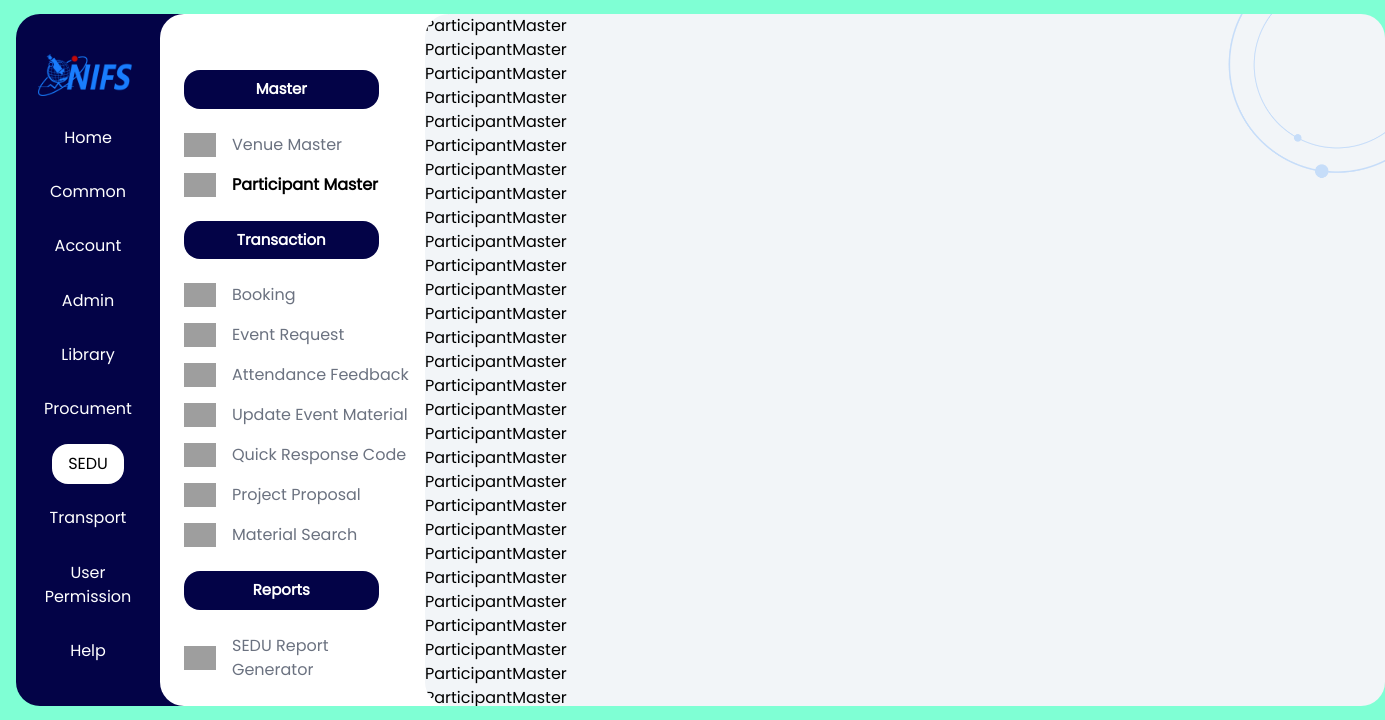
Repository: virangaj/NIFS-WebApp
Page: /sedu/participant-master (app in client/)
These files come from the project's save history. The page is drawn as it stood at one moment and after the next save; the edit follows.
The browser window is 1280 px wide. The page is 1385 px wide, so the pictures cover 1385 px, including what lies to the right of the window. The pictures show the whole page.
Pictures or frames that could not be fetched are drawn as grey boxes. The project was rebuilt for these pictures with package versions that can differ from the ones it lists, and the page was loaded fresh each time. Also part of the build but not shown: client/src/pages/Login.tsx, client/src/pages/Home.tsx, client/src/components/Transport/shared/TransportNavbar.js, client/src/pages/TransportMainPage.tsx, client/src/pages/CommonMainPage.tsx, client/src/pages/AccountMainPage.tsx, client/src/pages/AdminMainPage.tsx, client/src/pages/LibraryMainPage.js and 14 more.

Above is the page before, as saved 2022-07-31 00:27:39.

After the next save:
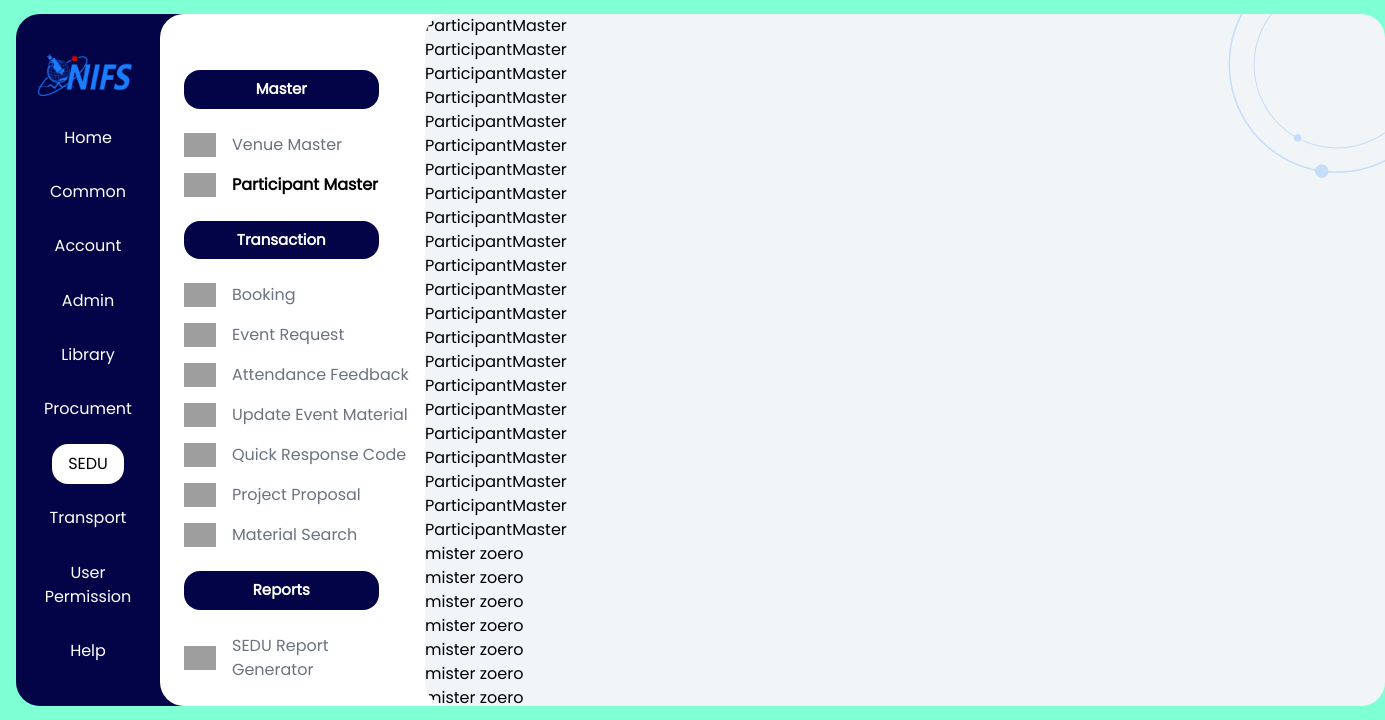
Saved 12 s later.
--- a/client/src/components/sedu/ParticipantMaster.tsx
+++ b/client/src/components/sedu/ParticipantMaster.tsx
@@ -21,22 +21,7 @@ function ParticipantMaster() {
             <h1>ParticipantMaster</h1>
             <h1>ParticipantMaster</h1>
             <h1>ParticipantMaster</h1>
-            <h1>ParticipantMaster</h1>
-            <h1>ParticipantMaster</h1>
-            <h1>ParticipantMaster</h1>
-            <h1>ParticipantMaster</h1>
-            <h1>ParticipantMaster</h1>
-            <h1>ParticipantMaster</h1>
-            <h1>ParticipantMaster</h1>
-            <h1>ParticipantMaster</h1>
-            <h1>ParticipantMaster</h1>
-            <h1>ParticipantMaster</h1>
-            <h1>ParticipantMaster</h1>
-            <h1>ParticipantMaster</h1>
-            <h1>ParticipantMaster</h1>
-            <h1>ParticipantMaster</h1>
-            <h1>ParticipantMaster</h1>
-            <h1>ParticipantMaster</h1>
+
             <h1>ParticipantMaster</h1>
             <h1>ParticipantMaster</h1>
             <h1>ParticipantMaster</h1>
